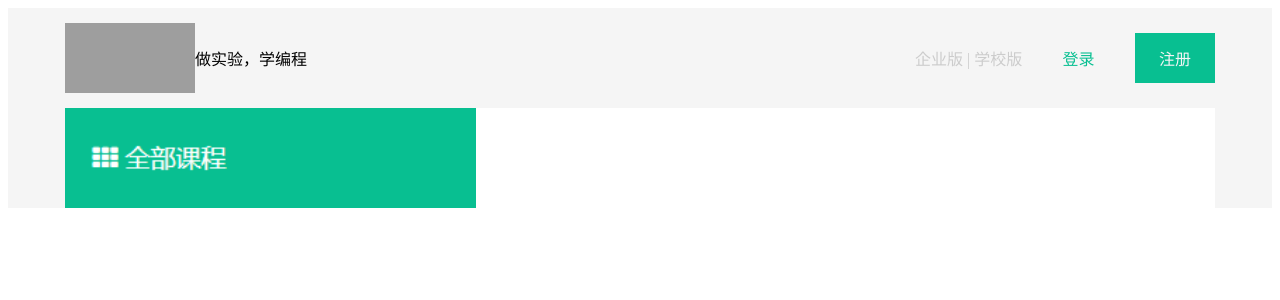
Repository: wuguozheng/xxbb
Page: /
An editor plug-in stored every save of this project. The page is shown before and after the next save, followed by the edit.
The browser window is 1280 px wide. The pictures show the whole page.
Pictures or frames that could not be fetched are drawn as grey boxes. The project was rebuilt for these pictures with package versions that can differ from the ones it lists, and the page was loaded fresh each time.

Above is the page before, as saved 2020-06-01 14:01:12.

### src/App.vue
<template>
  <div id="app">

    <router-view/>
  </div>
</template>

<style lang="scss">

</style>

### src/views/Home.vue
<template>
 <div>
    <mxs1></mxs1>
 </div>
</template>

<script>
import Mxs1 from '../components/home/Mxs1'
 export default {
   name: '',
   props: {
   },
   components: {
     Mxs1,
   },
   data () {
     return {

     }
   },
   methods: {

   },
   mounted() {

   },
   watch: {

   },
   computed: {

   }
 }
</script>

<style scoped lang='scss'>

</style>

### src/components/home/Mxs1.vue
<template>
  <div>
    <div class="rap">
      <div class="rap-1">
        <div class="left">
          <img
            data-v-7629dae3
            src="https://static.shiyanlou.com/frontend/dist/img/9f43b00.svg"
            alt="实验楼"
            width="130"
            height="70"
          />
          <div>做实验，学编程</div>
        </div>
        <div class="rap-2">
          <div class="timi-1">企业版 | 学校版</div>
          <div class="timi-2">登录</div>
          <div class="timi">注册</div>
        </div>
      </div>
      <div class="run">
        <img src="../home/QQ截图20200601133655.png" alt="" height="100">
      </div>
    </div>
  </div>
</template>

<script>
export default {
  name: "",
  props: {},
  components: {},
  data() {
    return {};
  },
  methods: {},
  mounted() {},
  watch: {},
  computed: {}
};
</script>

<style scoped lang='scss'>
.rap {
  width: 100%;
  height: 200px;
  background: whitesmoke;
  display: flex;
  justify-content: center;
  align-items: center;
  flex-direction: column;
}
.rap-1 {
  width: 1150px;
  height: 100px;
  background: transparent;
  position: relative;
  display: flex;
  justify-content: center;
  align-items: center;
}
.left {
  position: absolute;
  left: 0;
  display: flex;
  justify-content: center;
  align-items: center;
}
.rap-2 {
  display: flex;
  width: 300px;
  height: 100px;
  background: transparent;
  justify-content: space-between;
  align-items: center;
  position: absolute;
  right: 0;
}
.timi {
  width: 80px;
  height: 50px;
  background: rgb(8, 191, 145);
  display: flex;
  justify-content: center;
  align-items: center;
  color: whitesmoke;
  &:hover {
    cursor: pointer;
  }
}
.timi-1 {
  color: #ccc;
  &:hover {
    cursor: pointer;
    color: rgb(8, 191, 145);
  }
}
.timi-2 {
  color: rgb(8, 191, 145);
  &:hover {
    cursor: pointer;
    color: #ccc;
  }
}
.run {
  width: 1150px;
  height: 100px;
  background: white;
}
</style>

Loaded but not shown: src/main.js (common file); src/router/index.js (common file); src/store/index.js (common file)

After the next save:
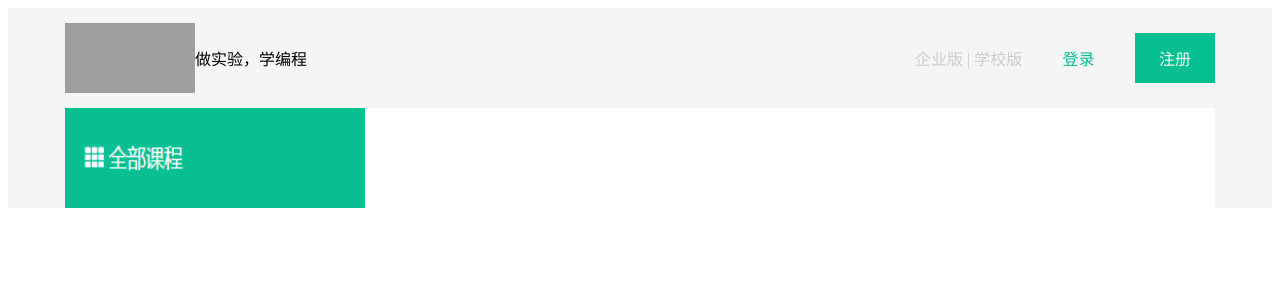
Saved 38 s later.
--- a/src/components/home/Mxs1.vue
+++ b/src/components/home/Mxs1.vue
@@ -19,7 +19,7 @@
         </div>
       </div>
       <div class="run">
-        <img src="../home/QQ截图20200601133655.png" alt="" height="100">
+        <img src="../home/QQ截图20200601133655.png" alt="" width="300" height="100">
       </div>
     </div>
   </div>
